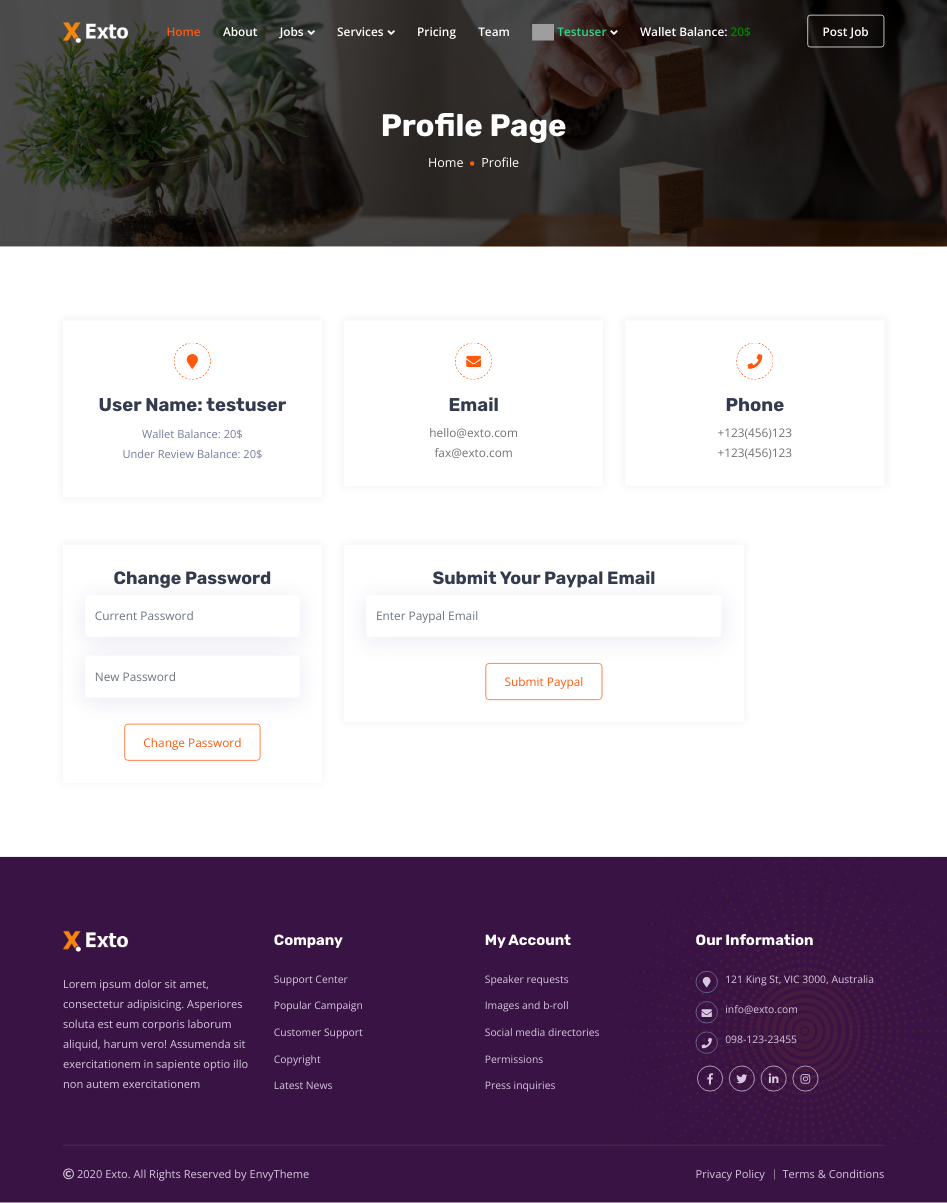
Repository: aakashrajput/XtremeWorks
Page: http://localhost/user/profile
The author's editor kept a copy of each file at every save. The page is drawn from the files as they stood at one save, then again after the next save.
The browser window is 1280 px wide. The pictures show the whole page, at 74% of full size.
Pictures or frames that could not be fetched are drawn as grey boxes. The page is served by the project's Laravel application, run on PHP 8.4 with Laravel 8. A made-up administrator, Test User (test@example.com), is signed in. Other server files are loaded and not shown.

Above is the page before, as saved 2020-03-26 14:44:00.

### routes/web.php
<?php

use Illuminate\Support\Facades\Route;

/*
|--------------------------------------------------------------------------
| Web Routes
|--------------------------------------------------------------------------
|
| Here is where you can register web routes for your application. These
| routes are loaded by the RouteServiceProvider within a group which
| contains the "web" middleware group. Now create something great!
|
*/


//Main Site Routes

Route::get('/', function () {
    return view('site.index');
});

Route::get('/about', function () {
    return view('site.about');
});

Route::get('/user/login', function () {
    return view('site.login');
});

Route::get('/user/register', function () {
    return view('site.register');
});


Route::prefix('user')->group(function() {
    Route::post('/register', 'User\RegisterController@register')->name('user.register.submit');
    Route::post('/login', 'User\LoginController@login');
    Route::get('/home', 'User\UserHomeController@index');
    Route::get('/wallet', 'User\UserHomeController@WalletPage');
    Route::get('/profile', 'User\UserHomeController@ProfilePage');
});


Auth::routes();

Route::get('/home', 'HomeController@index')->name('home');

Auth::routes();

Route::get('/home', 'HomeController@index')->name('home');

### app/Http/Controllers/User/UserHomeController.php
<?php

namespace App\Http\Controllers\User;

use App\Http\Controllers\Controller;
use Illuminate\Http\Request;

class UserHomeController extends Controller
{
    public function __construct()
    {
        $this->middleware('auth:web');
    }

    public function index()
    {
        return view('user.index');
    }

    public function WalletPage()
    {
        return view('user.wallet');
    }

    public function ProfilePage()
    {
        return view('user.profile');
    }
}

### resources/views/user/profile.blade.php
@include('user.includes.header')

<div class="page-title-area">
    <div class="d-table">
        <div class="d-table-cell">
            <div class="container">
                <div class="page-title-content">
                    <h2>Profile Page</h2>
                    <ul>
                        <li>
                            <a href="index.html">Home</a>
                        </li>
                        <li>Profile</li>
                    </ul>
                </div>
            </div>
        </div>
    </div>
</div>
<!-- End Page Title Area -->

<!-- Start Contact Box Area -->
<section class="contact-box">
    <div class="container">
        <div class="row">
            <div class="col-lg-4 col-md-6">
                <div class="single-contact-box">
                    <i class="fa fa-map-marker"></i>
                    <div class="content-title">
                    <h3>User Name: {{Auth::user()->username}}</h3>
                        <p>Wallet Balance: 20$ <br> Under Review Balance: 20$</p>
                        <p></p>
                    </div>
                </div>
            </div>
            <div class="col-lg-4 col-md-6">
                <div class="single-contact-box">
                    <i class="fa fa-envelope"></i>
                    <div class="content-title">
                        <h3>Email</h3>
                        <a href="mailto:hello@exto.com">hello@exto.com</a>
                        <a href="mailto:hello@exto.com">fax@exto.com</a>
                    </div>
                </div>
            </div>
            <div class="col-lg-4 col-md-6 offset-md-3 offset-lg-0">
                <div class="single-contact-box">
                    <i class="fa fa-phone"></i>
                    <div class="content-title">
                        <h3>Phone</h3>
                        <a href="tel:+123(456)123">+123(456)123</a>
                        <a href="tel:+123(456)123">+123(456)123</a>
                    </div>
                </div>
            </div>
        </div>
    </div>
</section>
<!-- End Contact Box Area -->

<!-- Start Contact Area -->
<section class="contact-area pb-100">
    <div class="container">

        <div class="row">
            <div class="col-lg-4">
                <div class="contact-form">
                    <center><h4>Change Password</h4></center>
                    <form id="contactForm">
                        <div class="row">
                            <div class="col-lg-12">
                                <div class="form-group">
                                    <input type="text" name="name" class="form-control" placeholder="Current Password">
                                </div>
                            </div>
                            <div class="col-lg-12">
                                <div class="form-group">
                                    <input type="email" name="email" class="form-control" placeholder="New Password">
                                </div>
                            </div>
                            <div class="col-lg-12">
                                <button type="submit" class="default-btn">Change Password</button>
                            </div>
                        </div>
                    </form>
                </div>
            </div>
            <div class="col-lg-6">
                <div class="contact-form">
                    <center><h4>Submit Your Paypal Email</h4></center>
                    <form id="contactForm">
                        <div class="row">
                            <div class="col-lg-12">
                                <div class="form-group">
                                    <input type="text" name="name" class="form-control" placeholder="Enter Paypal Email">
                                </div>
                            </div>
                            <div class="col-lg-12">
                                <button type="submit" class="default-btn">Submit Paypal</button>
                            </div>
                        </div>
                    </form>
                </div>
            </div>
        </div>
    </div>
</section>
<!-- End Contact Area -->

@include('user.includes.footer')

### resources/views/user/includes/header.blade.php
<!doctype html>
<html lang="zxx">
    <head>
        <!-- Required meta tags -->
        <meta charset="utf-8">
        <meta name="viewport" content="width=device-width, initial-scale=1, shrink-to-fit=no">

        <!-- Bootstrap Min CSS -->
        <link rel="stylesheet" href="../../assets/css/bootstrap.min.css">
        <!-- Animate Min CSS -->
        <link rel="stylesheet" href="../../assets/css/animate.min.css">
        <!-- FlatIcon CSS -->
        <link rel="stylesheet" href="../../assets/css/flaticon.css">
        <!-- FlatIcon Two CSS -->
        <link rel="stylesheet" href="../../assets/css/flaticon-two.css">
        <!-- FlatIcon Three CSS -->
        <link rel="stylesheet" href="../../assets/css/flaticon-three.css">
        <!-- Odometer Min CSS -->
        <link rel="stylesheet" href="../../assets/css/odometer.min.css">
        <!-- MeanMenu CSS -->
        <link rel="stylesheet" href="../../assets/css/meanmenu.css">
        <!-- Progressbar CSS -->
        <link rel="stylesheet" href="../../assets/css/progressbar.min.css">
        <!-- Magnific Popup Min CSS -->
        <link rel="stylesheet" href="../../assets/css/magnific-popup.min.css">
        <!-- Nice Select Min CSS -->
        <link rel="stylesheet" href="../../assets/css/nice-select.min.css">
        <!-- Owl Carousel Min CSS -->
        <link rel="stylesheet" href="../../assets/css/owl.carousel.min.css">
        <!-- Font Awesome Min CSS -->
        <link rel="stylesheet" href="../../assets/css/fontawesome.min.css">
        <!-- Style CSS -->
        <link rel="stylesheet" href="../../assets/css/style.css">
        <!-- Responsive CSS -->
        <link rel="stylesheet" href="../../assets/css/responsive.css">

        <title>Exto - SEO & Marketing HTML Template</title>

        <link rel="icon" type="image/png" href="../../assets/img/favicon.png">
    </head>

    <body>

        <!-- Preloader Area -->
        <div class="preloader-area">
            <div class="spinner">
                <div class="dot1"></div>
                <div class="dot2"></div>
            </div>
        </div>
        <!-- End Preloader Area -->

        <!-- Start Navbar Area Two -->
        <div class="navbar-area-two">
            <div class="exto-responsive-nav">
                <div class="container">
                    <div class="exto-responsive-menu">
                        <div class="logo">
                            <a href="index.html">
                                <img src="../../assets/img/logo/logo-2.png" alt="logo">
                            </a>
                        </div>
                    </div>
                </div>
            </div>

            <div class="exto-nav">
                <div class="container">
                    <nav class="navbar navbar-expand-md navbar-light">
                        <a class="navbar-brand" href="index.html">
                            <img src="../../assets/img/logo/logo-2.png" alt="logo">
                        </a>
                        <div class="collapse navbar-collapse mean-menu" id="navbarSupportedContent">
                            <ul class="navbar-nav">
                                <li class="nav-item">
                                    <a href="/user/home" class="nav-link active">
                                        Home
                                    </a>
                                </li>
                                <li class="nav-item">
                                    <a href="about.html" class="nav-link">About</a>
                                </li>
                                <li class="nav-item">
                                    <a href="index-2.html#" class="nav-link">
                                        Jobs
                                        <i class="fa fa-angle-down"></i>
                                    </a>
                                    <ul class="dropdown-menu">
                                        <li class="nav-item">
                                            <a href="projects.html" class="nav-link">Explore Jobs</a>
                                        </li>
                                        <li class="nav-item">
                                            <a href="single-projects.html" class="nav-link">Post Jobs</a>
                                        </li>
                                    </ul>
                                </li>
                                <li class="nav-item">
                                    <a href="index-2.html#" class="nav-link">
                                        Services
                                        <i class="fa fa-angle-down"></i>
                                    </a>
                                    <ul class="dropdown-menu">
                                        <li class="nav-item">
                                            <a href="services.html" class="nav-link">Service</a>
                                        </li>
                                        <li class="nav-item">
                                            <a href="single-services.html" class="nav-link">Service Details</a>
                                        </li>
                                    </ul>
                                </li>
                                <li class="nav-item"><a href="about.html" class="nav-link">Pricing</a></li>
                                <li class="nav-item"><a href="about.html" class="nav-link">Team</a></li>
                                <li class="nav-item">
                                    <a href="index-2.html#" class="nav-link">
                                        <img src="https://picoworkers.com/im/web/profile_no_image.gif" alt="user avatar" width="30px">&nbsp;<span style="color:#2fd88a;">{{Auth::user()->username}}</span>
                                        <i class="fa fa-angle-down"></i>
                                    </a>
                                    <ul class="dropdown-menu">
                                        <li class="nav-item">
                                            <a href="/user/profile" class="nav-link">Profile Settings</a>
                                        </li>
                                        <li class="nav-item">
                                            <a href="/user/wallet" class="nav-link">Wallet</a>
                                        </li>
                                        <li class="nav-item">
                                            <a href="single-blog.html" class="nav-link">Logout</a>
                                        </li>
                                    </ul>
                                </li>
                                <li class="nav-item"><a href="about.html" class="nav-link">Wallet Balance: <span style="color:green;">20$</span></a></li>
                            </ul>

                            <div class="others-options saas-option">
                                <a class="saas-nav-btn" href="index-2.html#">
                                    Post Job
                                </a>
                            </div>
                        </div>
                    </nav>
                </div>
            </div>
        </div>
        <!-- End Navbar Area Two -->

### public/assets/css/flaticon.css
/*
Flaticon icon font: Flaticon
*/
@font-face {
	font-family: "Flaticon";
	src: url("../fonts/Flaticon.eot");
	src: url("../fonts/Flaticon.eot%3F") format("embedded-opentype"),
	url("../fonts/Flaticon.woff2") format("woff2"),
	url("../fonts/Flaticon.woff") format("woff"),
	url("../fonts/Flaticon.ttf") format("truetype"),
	url("../fonts/Flaticon.svg") format("svg");
	font-weight: normal;
	font-style: normal;
}
@media screen and (-webkit-min-device-pixel-ratio:0) {
	@font-face {
		font-family: "Flaticon";
		src: url("../fonts/Flaticon.svg") format("svg");
	}
}
[class^="flaticon-"]:before, [class*=" flaticon-"]:before,
[class^="flaticon-"]:after, [class*=" flaticon-"]:after {
	font-family: Flaticon;
	font-style: normal;
}

.flaticon-right-arrow:before { content: "\f100"; }
.flaticon-claim:before { content: "\f101"; }
.flaticon-lock:before { content: "\f102"; }
.flaticon-diagram:before { content: "\f103"; }
.flaticon-money:before { content: "\f104"; }
.flaticon-pen:before { content: "\f105"; }
.flaticon-refresh:before { content: "\f106"; }
.flaticon-budget:before { content: "\f107"; }
.flaticon-data:before { content: "\f108"; }
.flaticon-file:before { content: "\f109"; }
.flaticon-ruler:before { content: "\f10a"; }
.flaticon-facebook:before { content: "\f10b"; }
.flaticon-twitter:before { content: "\f10c"; }
.flaticon-linkedin:before { content: "\f10d"; }
.flaticon-instagram-logo:before { content: "\f10e"; }

### public/assets/css/flaticon-two.css
	/*
  	Flaticon icon font: Flaticon
  	Creation date: 22/12/2019 12:08
  	*/

@font-face {
	font-family: "Flaticon";
	src: url("../fonts/style-one/Flaticon.eot");
	src: url("../fonts/style-one/Flaticon.eot%3F") format("embedded-opentype"),
	url("../fonts/style-one/Flaticon.woff2") format("woff2"),
	url("../fonts/style-one/Flaticon.woff") format("woff"),
	url("../fonts/style-one/Flaticon.ttf") format("truetype"),
	url("../fonts/style-one/Flaticon.svg") format("svg");
	font-weight: normal;
	font-style: normal;
}
@media screen and (-webkit-min-device-pixel-ratio:0) {
	@font-face {
		font-family: "Flaticon";
		src: url("../fonts/style-one/Flaticon.svg") format("svg");
	}
}
[class^="flaticon-"]:before, [class*=" flaticon-"]:before,
[class^="flaticon-"]:after, [class*=" flaticon-"]:after {
	font-family: Flaticon;
	font-style: normal;
}

.flaticon-headphones:before { content: "\f100"; }
.flaticon-tag:before { content: "\f101"; }
.flaticon-cyber-security:before { content: "\f102"; }
.flaticon-innovation:before { content: "\f103"; }
.flaticon-content:before { content: "\f104"; }
.flaticon-unlink:before { content: "\f105"; }
.flaticon-data:before { content: "\f106"; }
.flaticon-goal:before { content: "\f107"; }
.flaticon-modules:before { content: "\f108"; }
.flaticon-work-time:before { content: "\f109"; }
.flaticon-it:before { content: "\f10a"; }
.flaticon-monitor:before { content: "\f10b"; }
.flaticon-appointment:before { content: "\f10c"; }
.flaticon-user:before { content: "\f10d"; }
.flaticon-dancer-motion:before { content: "\f10e"; }
.flaticon-cropping-tool:before { content: "\f10f"; }
.flaticon-brain-and-head:before { content: "\f110"; }
.flaticon-telephone:before { content: "\f111"; }
.flaticon-envelope:before { content: "\f112"; }
.flaticon-edit:before { content: "\f113"; }
.flaticon-placeholder:before { content: "\f114"; }

### public/assets/css/flaticon-three.css
	/*
  	Flaticon icon font: Flaticon
  	Creation date: 02/01/2020 10:22
  	*/

@font-face {
	font-family: "Flaticon";
	src: url("../fonts/style-two/Flaticon.eot");
	src: url("../fonts/style-two/Flaticon.eot%3F") format("embedded-opentype"),
	url("../fonts/style-two/Flaticon.woff2") format("woff2"),
	url("../fonts/style-two/Flaticon.woff") format("woff"),
	url("../fonts/style-two/Flaticon.ttf") format("truetype"),
	url("../fonts/style-two/Flaticon.svg") format("svg");
	font-weight: normal;
	font-style: normal;
}

@media screen and (-webkit-min-device-pixel-ratio:0) {
  @font-face {
		font-family: "Flaticon";
		src: url("../fonts/style-two/Flaticon.svg") format("svg");
	}
}
[class^="flaticon-"]:before, [class*=" flaticon-"]:before,
[class^="flaticon-"]:after, [class*=" flaticon-"]:after {
	font-family: Flaticon;
	font-style: normal;
}

.flaticon-industry:before { content: "\f100"; }
.flaticon-group:before { content: "\f101"; }
.flaticon-promotion:before { content: "\f102"; }
.flaticon-coffee-cup:before { content: "\f103"; }

### public/assets/css/progressbar.min.css
.circle-chart{width:150px;height:150px}.circle-chart__circle{stroke:#00acc1;stroke-width:2;stroke-linecap:square;fill:none;animation:circle-chart-fill 2s reverse;transform:rotate(-90deg);transform-origin:center}.circle-chart__circle--negative{transform:rotate(-90deg)scale(1,-1)}.circle-chart__background{stroke:#efefef;stroke-width:2;fill:none}.circle-chart__info{animation:circle-chart-appear 2s forwards;opacity:0;transform:translateY(0.3em)}.circle-chart__percent{alignment-baseline:central;text-anchor:middle;font-size:8px}.circle-chart__subline{alignment-baseline:central;text-anchor:middle;font-size:3px}.success-stroke{stroke:#ff8a00}.warning-stroke{stroke:#ffbb33}.danger-stroke{stroke:#ff4444}
@keyframes circle-chart-fill{to{stroke-dasharray:0 100}}
@keyframes circle-chart-appear{to{opacity:1;transform:translateY(0)}}

Loaded but not shown: app/Http/Controllers/Auth/LoginController.php (common file); app/Http/Controllers/Controller.php (common file); app/Http/Controllers/Auth/ConfirmPasswordController.php (common file); app/User.php (common file); public/assets/css/bootstrap.min.css (library); public/assets/css/animate.min.css (library); public/assets/css/odometer.min.css (library); public/assets/css/meanmenu.css (common file); public/assets/css/magnific-popup.min.css (library); public/assets/css/nice-select.min.css (library); public/assets/css/owl.carousel.min.css (library); public/assets/css/fontawesome.min.css (library); public/assets/css/style.css (library); public/assets/js/jquery.min.js (library); public/assets/js/popper.min.js (library); public/assets/js/bootstrap.min.js (library); public/assets/js/jquery.meanmenu.js (library); public/assets/js/jquery.appear.min.js (common file); public/assets/js/odometer.min.js (library); public/assets/js/owl.carousel.min.js (library); public/assets/js/jquery.magnific-popup.min.js (library); public/assets/js/wow.min.js (library); public/assets/js/particles.min.js (library); public/assets/js/main.js (330 lines, source omitted); public/assets/js/jquery.nice-select.min.js (4 lines, source omitted); public/assets/js/progressbar.min.js (4 lines, source omitted); public/assets/css/responsive.css (2922 lines, source omitted); resources/views/user/includes/footer.blade.php (168 lines, source omitted)

After the next save:
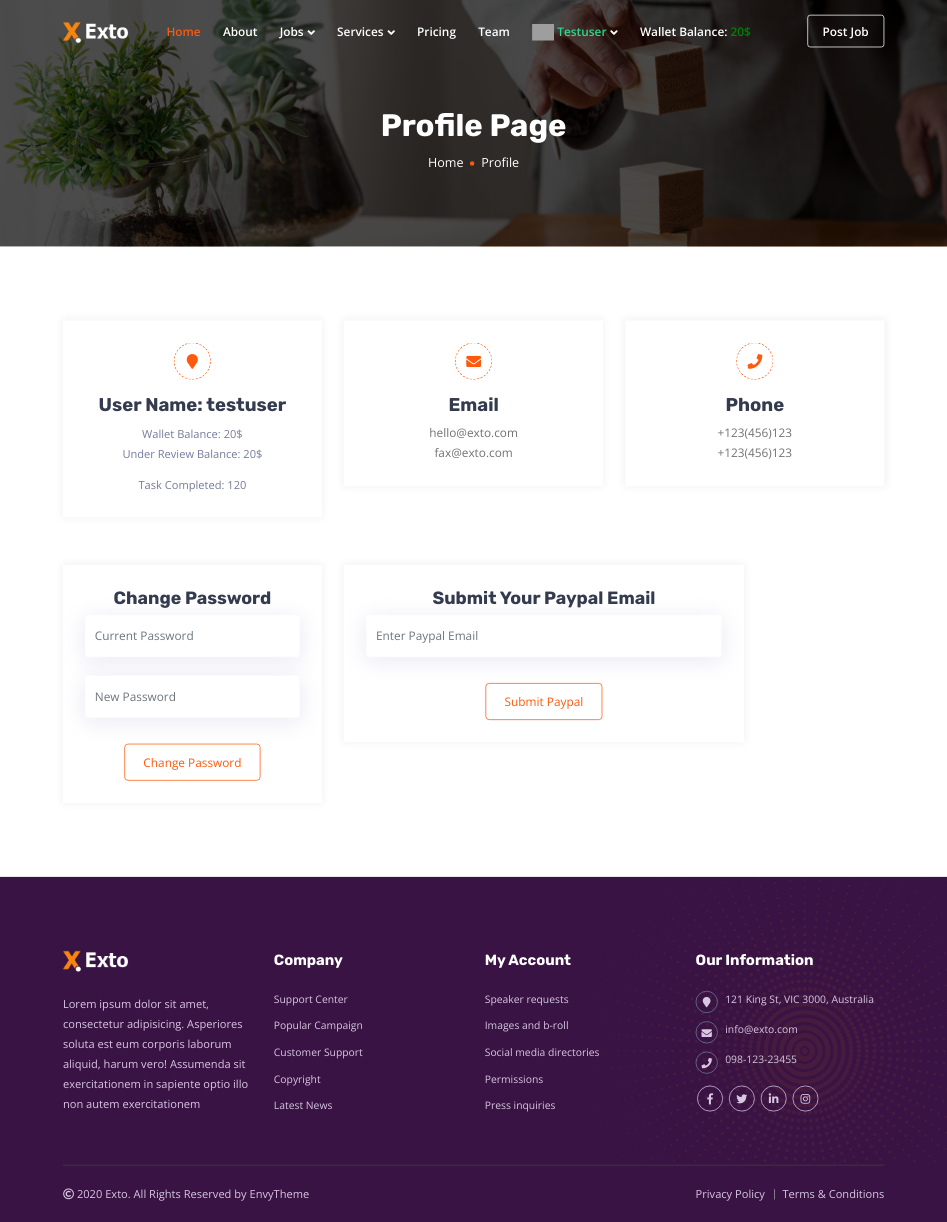
Saved 52 s later.
--- a/resources/views/user/profile.blade.php
+++ b/resources/views/user/profile.blade.php
@@ -29,7 +29,7 @@
                     <div class="content-title">
                     <h3>User Name: {{Auth::user()->username}}</h3>
                         <p>Wallet Balance: 20$ <br> Under Review Balance: 20$</p>
-                        <p></p>
+                        <p>Task Completed: 120</p>
                     </div>
                 </div>
             </div>
